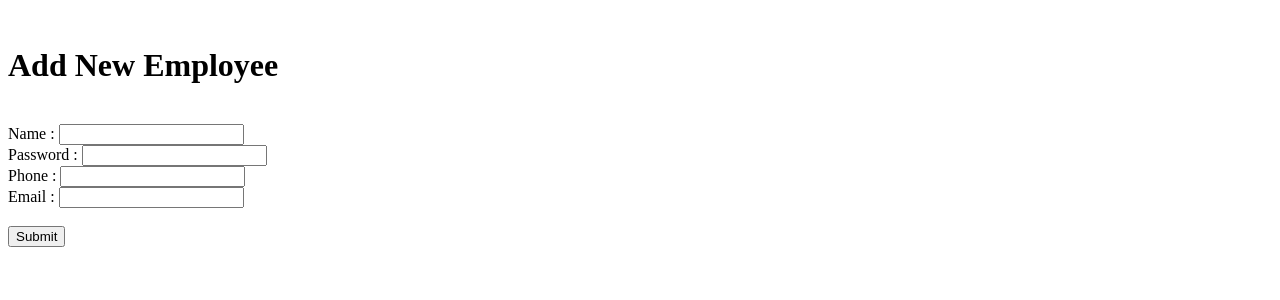
Repository: AchantaTharun/Database-Mastery-Practice
Page: CURD/WebContent/index.html
These files come from the project's save history. The page is drawn as it stood at one moment and after the next save; the edit follows.
The browser window is 1280 px wide. The pictures show the whole page.

Above is the page before, as saved 2019-08-16 11:08:00.

After the next save:
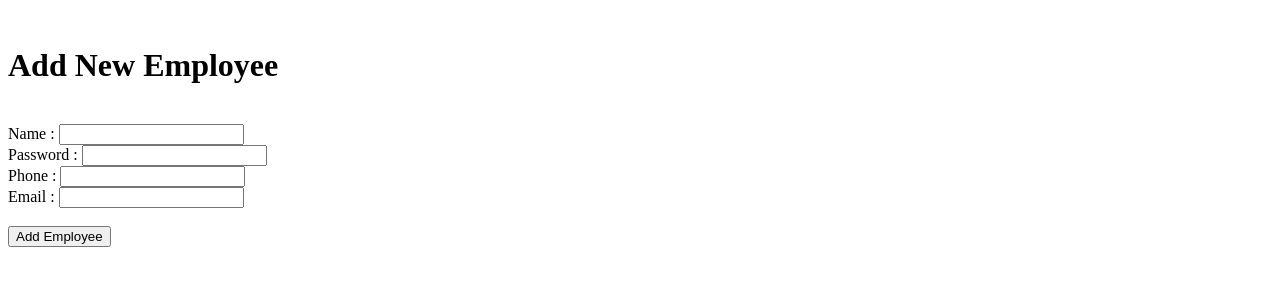
Saved 19 s later.
--- a/CURD/WebContent/index.html
+++ b/CURD/WebContent/index.html
@@ -18,7 +18,7 @@ Password  : <input type="password" name="pword"><br>
 Phone : <input type="text" name="phno"><br>
 
 Email : <input type="text" name="mail"><br><br>
-<input type="submit" name="Add Employee"><br>
+<input type="submit"  value="Add Employee"><br>
 
 </form>
 
